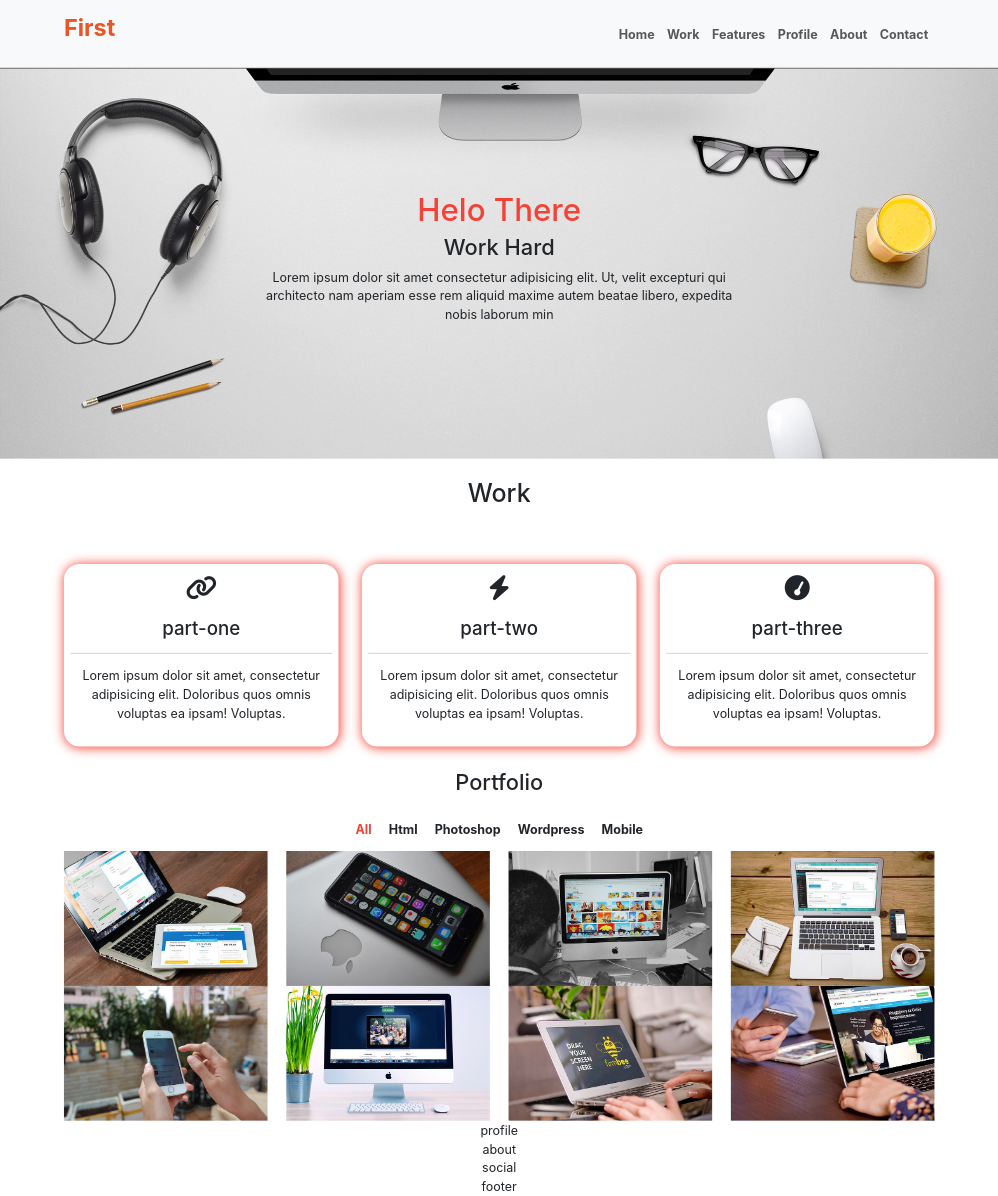
Repository: Hager-h/temple
Page: /
An editor plug-in stored every save of this project. The page is shown before and after the next save, followed by the edit.
The browser window is 1280 px wide. The pictures show the whole page, at 78% of full size.
The project was rebuilt for these pictures with package versions that can differ from the ones it lists, and the page was loaded fresh each time. Also part of the build but not shown: src/components/contact/index.js.

Above is the page before, as saved 2023-07-14 05:53:22.

After the next save:
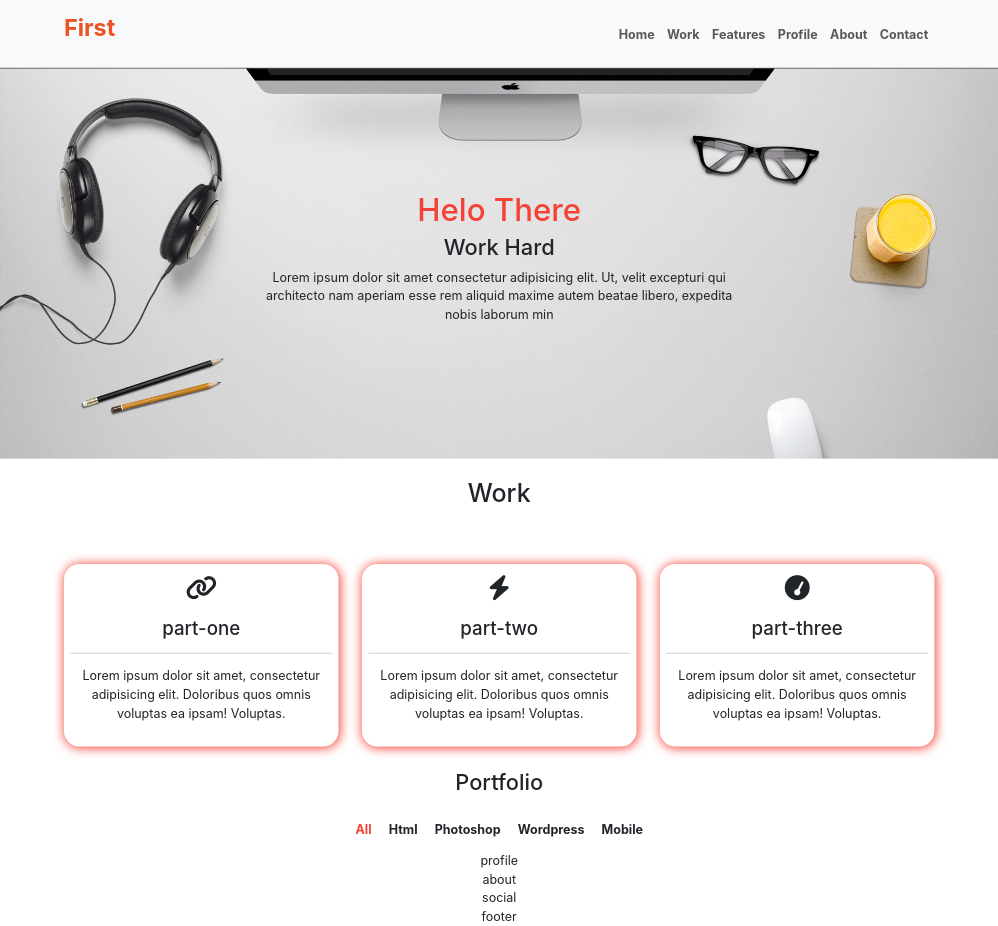
Saved 7 s later.
--- a/src/components/portfolio/Portfolio.js
+++ b/src/components/portfolio/Portfolio.js
@@ -15,7 +15,6 @@
 <div key={item.id} className=" col-md-3 box">
 <div className="overlay"></div>
 <span>Show Image</span>
-<img className="port-image " src={item.image} alt="image" />
 
 
 

After the 4 saves that followed:
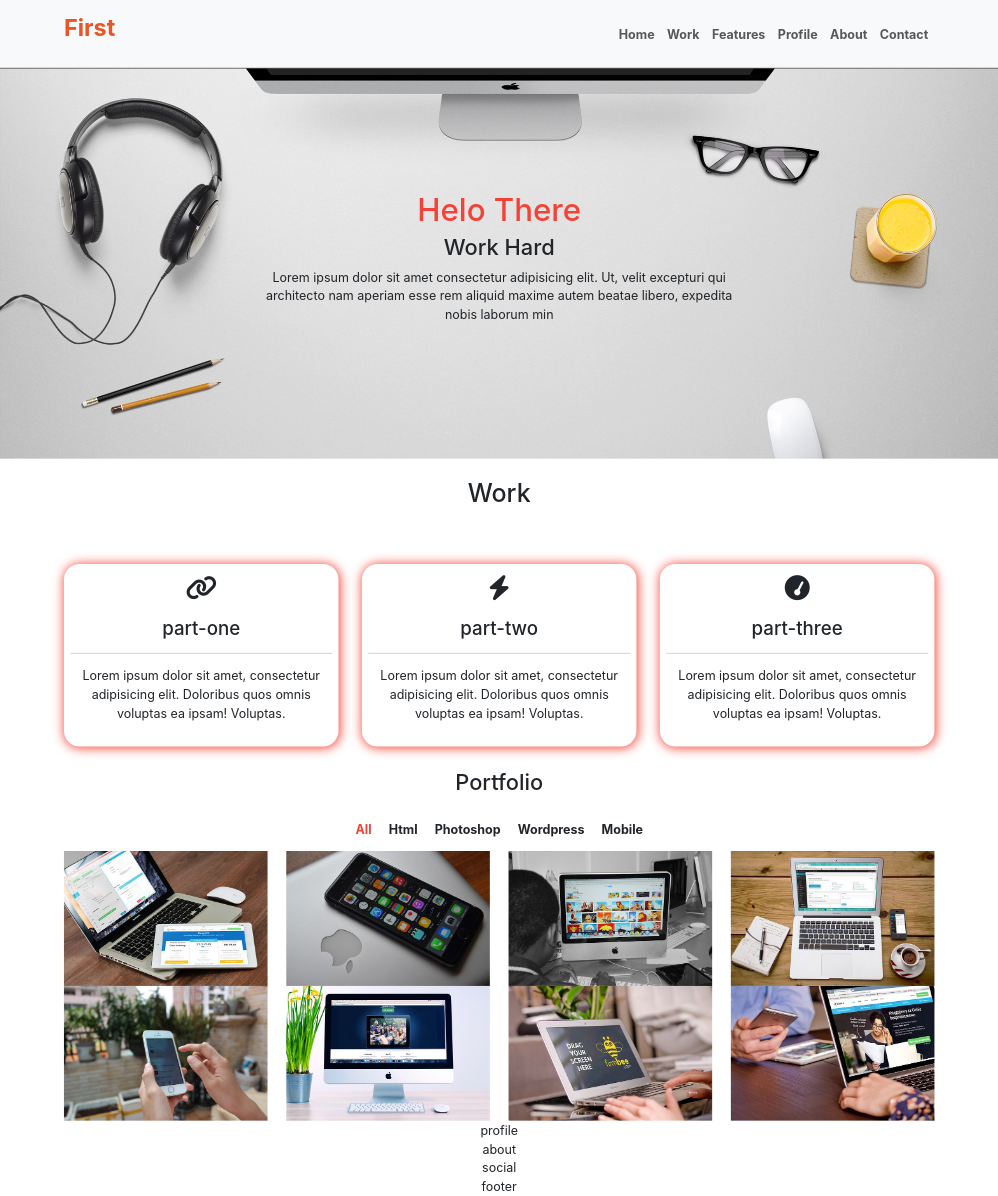
The 4 saves are shown as one change because 1 did not build or start and some came seconds apart.
The last was saved 17 s later.
--- a/src/components/portfolio/Portfolio.js
+++ b/src/components/portfolio/Portfolio.js
@@ -15,7 +15,11 @@
 <div key={item.id} className=" col-md-3 box">
 <div className="overlay"></div>
 <span>Show Image</span>
+<div className="show">
 
+<img className="port-image " src={item.image} alt="image" />
+
+          </div>
 
 
 
